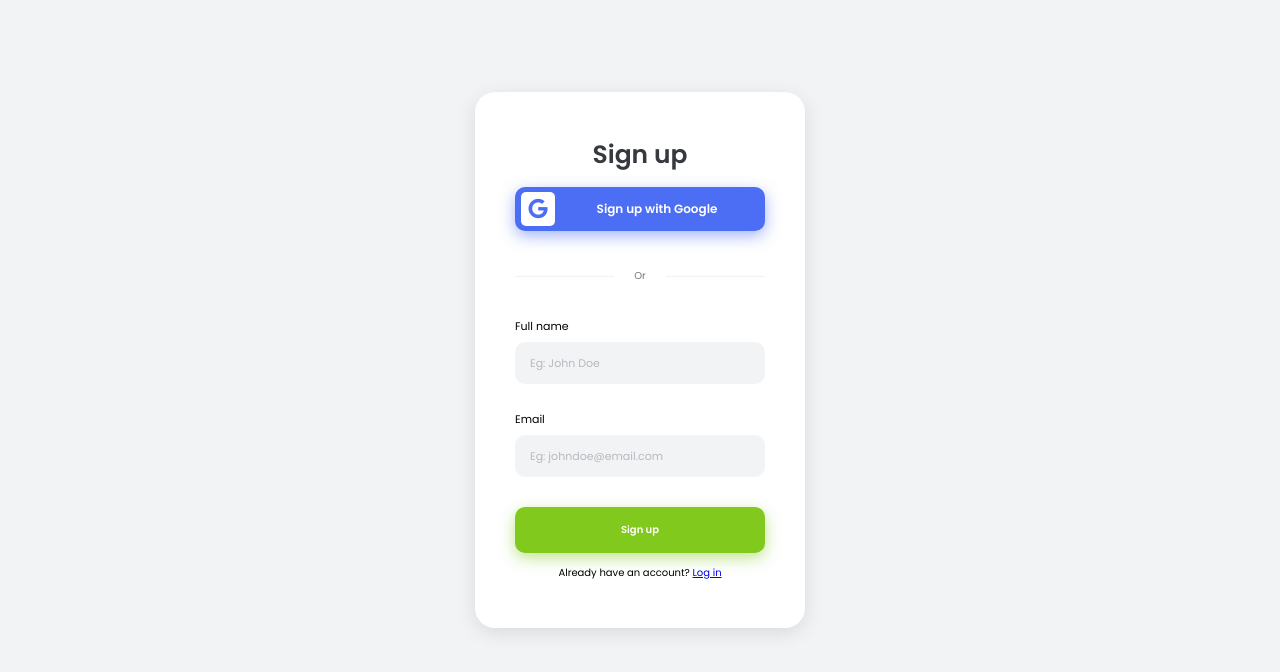
Repository: TranMinhMan040702/practice_html-css
Page: form-login/index.html
The author's editor kept a copy of each file at every save. The page is drawn from the files as they stood at one save, then again after the next save.
The browser window is 1280 px wide. The pictures show the whole page.
Some web libraries are served in a nearby version.

Above is the page before, as saved 2022-08-24 13:47:22.

### form-login/index.html
<!DOCTYPE html>
<html lang="en">
<head>
    <meta charset="UTF-8">
    <meta http-equiv="X-UA-Compatible" content="IE=edge">
    <meta name="viewport" content="width=device-width, initial-scale=1.0">
    <link href="https://fonts.googleapis.com/css2?family=Poppins:wght@300;400;600&display=swap" rel="stylesheet">
    <link rel="stylesheet" href="https://cdnjs.cloudflare.com/ajax/libs/font-awesome/6.1.2/css/all.min.css" integrity="sha512-1sCRPdkRXhBV2PBLUdRb4tMg1w2YPf37qatUFeS7zlBy7jJI8Lf4VHwWfZZfpXtYSLy85pkm9GaYVYMfw5BC1A==" crossorigin="anonymous" referrerpolicy="no-referrer" />
    <title>Sign up</title>
    <link rel="stylesheet" href="reset.css">
    <link rel="stylesheet" href="main.css">
</head>
<body>
    <div class="singup">
        <div class="signup-heading">
            <h1>Sign up</h1>
        </div>
        <button class="signup-social">
            <i class="fa-brands fa-google signup-social-icon"></i>
            <span class="signup-social-text">
                Sign up with Google
            </span>
        </button>

        <div class="signup-or">
            <span>Or</span>
        </div>

        <form action="" class="signup-form">
            <label for="fullname"  class="signup-label">Full name</label>
            <input type="text" placeholder="Eg: John Doe" name="fullname" id="fullname" class="signup-input">
            <label for="email"  class="signup-label">Email</label>
            <input type="text" placeholder="Eg: johndoe@email.com" name="email" id="email" class="signup-input">
        </form>

        <button class="signup-submit">
            <span>Sign up</span>
        </button>

        <div class="signup-already">
            <span>Already have an account?</span>
            <a href="#" class="signup-link-login">Log in</a>
        </div>

    </div>
</body>
</html>

### form-login/reset.css
html,
body,
div,
span,
applet,
object,
iframe,
h1,
h2,
h3,
h4,
h5,
h6,
p,
blockquote,
pre,
a,
abbr,
acronym,
address,
big,
cite,
code,
del,
dfn,
em,
img,
ins,
kbd,
q,
s,
samp,
small,
strike,
strong,
sub,
sup,
tt,
var,
b,
u,
i,
center,
dl,
dt,
dd,
ol,
ul,
li,
fieldset,
form,
label,
legend,
table,
caption,
tbody,
tfoot,
thead,
tr,
th,
td,
article,
aside,
canvas,
details,
embed,
figure,
figcaption,
footer,
header,
hgroup,
menu,
nav,
output,
ruby,
section,
summary,
time,
mark,
audio,
video {
  margin: 0;
  padding: 0;
  border: 0;
  font-size: 100%;
  font: inherit;
  vertical-align: baseline;
}
/* HTML5 display-role reset for older browsers */
article,
aside,
details,
figcaption,
figure,
footer,
header,
hgroup,
menu,
nav,
section {
  display: block;
}
body {
  line-height: 1;
}
ol,
ul {
  list-style: none;
}
blockquote,
q {
  quotes: none;
}
blockquote:before,
blockquote:after,
q:before,
q:after {
  content: "";
  content: none;
}
table {
  border-collapse: collapse;
  border-spacing: 0;
}

### form-login/main.css
html {
    font-size: 62.5%;
    font-family: "Poppins", sans-serif;
}

* {
    box-sizing: border-box;
}

body {
    width: 100%;
    height: 100vh;
    background-color: #f2f3f5;
    display: flex;
    justify-content: center;
    align-items: center;
}

.singup {
    max-width: 330px;
    width: 100%;
    min-height: 490px;
    background-color: #fff;
    padding: 50px 40px;
    border-radius: 20px;
    box-shadow: 0px 5px 20px rgba(0, 0, 0, 0.1);
}

.signup-heading {
    font-size: 2.5rem;
    font-weight: 600;
    color: #363a3f;
    text-align: center;
    margin-bottom: 20px;
}

.signup-social {
    padding: 6px;
    font-family: "Poppins", sans-serif;
    font-size: 1.2rem;
    font-weight: 600;
    color: #fff;
    width: 100%;
    height: 44px;
    border-radius: 10px;
    background-color: #4c6ef4;
    display: inline-block;
    border: none;
    box-shadow: 0px 5px 15px rgba(76, 110, 244, 0.5);
    cursor: pointer;
    display: flex;
    align-items: center;
}

.signup-social-icon {
    width: 34px;
    height: 34px;
    font-size: 2rem;
    background: #fff;
    border-radius: 5px;
    color: #4c6ef4;
    display: flex;
    justify-content: center;
    align-items: center;
}

.signup-social-text {
    display: inline-block;
    margin: 0 auto;
}

.signup-or {
    font-size: 1rem;
    color: #73777a;
    text-align: center;
    position: relative;
    margin: 30px 0;
}

.signup-or span {
    display: inline-block;
    padding: 10px 20px;
    background: #fff;
    z-index: 2;
    position: relative;
}

.signup-or::after {
    content: "";
    position: absolute;
    width: 100%;
    height: 0.1px;
    background-color: #73777a;
    opacity: 0.1;
    top: 50%;
    left: 0;
    transform: translateY(-50%);
}

.signup-label {
    display: block;
    font-size: 1.1rem;
    font-weight: 400;
    margin-bottom: 10px;
}

.signup-input {
    width: 100%;
    height: 42px;
    padding: 15px;
    font-family: "Poppins", sans-serif;
    font-size: 1.1rem;
    border: none;
    border-radius: 10px;
    background-color: #f2f3f5;
    margin-bottom: 30px;
}

.signup-input::-webkit-input-placeholder {
    color: #b4bac0;
    font-weight: 500;
}


.signup-submit {
    width: 100%;
    padding: 15px;
    font-family: "Poppins", sans-serif;
    font-size: 1rem;
    font-weight: 600;
    border: none;
    border-radius: 10px;
    background-color: #81c91d;
    color: #fff;
    box-shadow: 0px 5px 15px rgba(129,201,29, 0.5);
    margin-bottom: 15px;
}

.signup-already {
    text-align: center;
    font-size: 1rem;

}

After the next save:
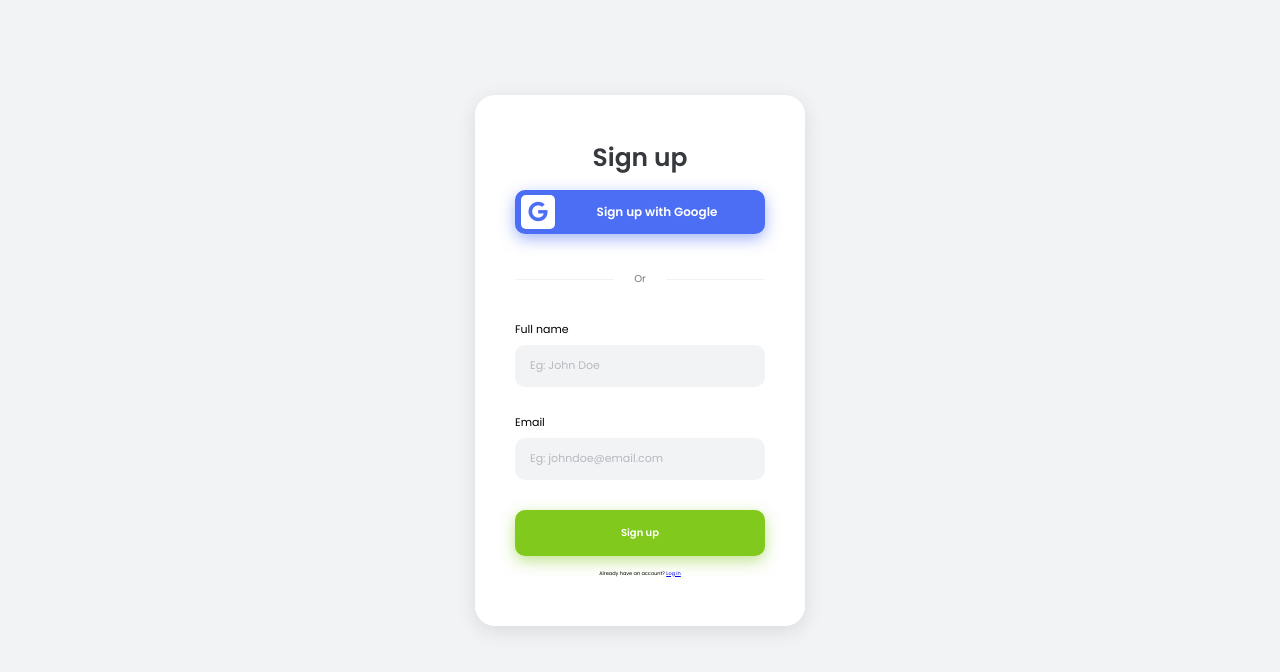
Saved 10 s later.
--- a/form-login/main.css
+++ b/form-login/main.css
@@ -138,6 +138,6 @@ body {
 
 .signup-already {
     text-align: center;
-    font-size: 1rem;
+    font-size: 0.5rem;
 
 }
